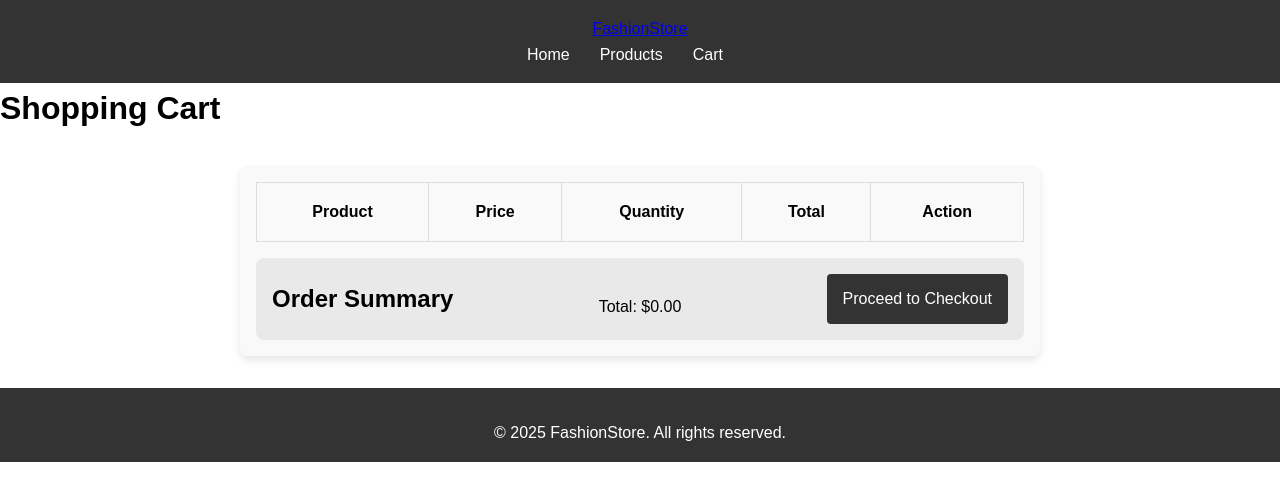
Repository: Patience225/ecommerce-app
Page: cart.html
These files come from the project's save history. The page is drawn as it stood at one moment and after the next save; the edit follows.
The browser window is 1280 px wide. The pictures show the whole page.

Above is the page before, as saved 2025-01-30 10:49:30.
Console error: TypeError: Cannot set properties of null (setting 'innerHTML')

### cart.html
<!DOCTYPE html>
<html lang="en">
<head>
  <meta charset="UTF-8">
  <meta name="viewport" content="width=device-width, initial-scale=1.0">
  <title>Cart - FashionStore</title>
  <link rel="stylesheet" href="css/style.css">
</head>
<body>
<header>
  <nav class="navbar">
    <a href="index.html" class="logo">FashionStore</a>
    <ul class="nav-links">
      <li><a href="index.html">Home</a></li>
      <li><a href="product.html">Products</a></li>
      <li><a href="cart.html">Cart</a></li>
      <li id="user-profile"></li> <!-- Dynamic Profile Link -->
    </ul>
  </nav>
</header>


  <main>
    <h1>Shopping Cart</h1>
    <section id="cart-container" class="cart-container">
      <table>
        <thead>
          <tr>
            <th>Product</th>
            <th>Price</th>
            <th>Quantity</th>
            <th>Total</th>
            <th>Action</th>
          </tr>
        </thead>
        <tbody id="cart-items">
          <!-- Cart items will be dynamically populated here -->
        </tbody>
      </table>
      <div class="cart-summary">
        <h2>Order Summary</h2>
        <p id="cart-total">Total: $0.00</p>
        <button id="checkout-button" class="checkout-button">Proceed to Checkout</button>
      </div>
    </section>
  </main>

  <footer>
    <p>&copy; 2025 FashionStore. All rights reserved.</p>
  </footer>

  <script src="js/cart.js"></script>
</body>
</html>

### css/style.css
* {
  margin: 0;
  padding: 0;
  box-sizing: border-box;
}

body {
  font-family: 'Arial', sans-serif;
  line-height: 1.6;
}

header {
  background: #333;
  color: #fff;
  padding: 1em;
  text-align: center;
}

nav ul {
  display: flex;
  justify-content: center;
  list-style: none;
}

nav ul li {
  margin: 0 15px;
}

nav ul li a {
  color: white;
  text-decoration: none;
}

.hero {
  background: url('../assets/images/hero.jpg') no-repeat center center/cover;
  color: white;
  text-align: center;
  padding: 3em 1em;
}

.products {
  padding: 2em 1em;
}

.product-grid {
  display: grid;
  grid-template-columns: repeat(auto-fill, minmax(200px, 1fr));
  gap: 1em;
}

footer {
  background: #333;
  color: white;
  text-align: center;
  padding: 1em;
  margin-top: 2em;
}

.cart {
  padding: 2em 1em;
}

.cart-items {
  display: flex;
  flex-direction: column;
  gap: 1em;
  margin-bottom: 2em;
}

.cart-item {
  display: flex;
  align-items: center;
  gap: 1em;
  border-bottom: 1px solid #ccc;
  padding-bottom: 1em;
}

.cart-item img {
  width: 100px;
  border-radius: 8px;
}

.cart-item-details {
  flex: 1;
}

.cart-item-title {
  font-size: 1.2rem;
  margin-bottom: 0.5em;
}

.cart-item-price {
  color: #333;
}

.cart-summary {
  text-align: right;
}

#checkout-btn {
  padding: 0.75em 1.5em;
  background-color: #333;
  color: white;
  border: none;
  cursor: pointer;
  border-radius: 4px;
}

#checkout-btn:hover {
  background-color: #555;
}

.checkout {
  padding: 2em;
  max-width: 600px;
  margin: 0 auto;
  background-color: #f9f9f9;
  border-radius: 8px;
}

.checkout h1 {
  text-align: center;
  margin-bottom: 1em;
}

form {
  display: flex;
  flex-direction: column;
  gap: 1em;
}

.form-group {
  display: flex;
  flex-direction: column;
}

label {
  font-weight: bold;
}

input, textarea, select {
  padding: 0.75em;
  border: 1px solid #ccc;
  border-radius: 4px;
}

button[type="submit"] {
  padding: 0.75em;
  background-color: #333;
  color: white;
  border: none;
  cursor: pointer;
  border-radius: 4px;
  text-align: center;
}

button[type="submit"]:hover {
  background-color: #555;
}

.auth-section {
  padding: 2em;
  max-width: 400px;
  margin: 0 auto;
  background-color: #f9f9f9;
  border-radius: 8px;
  text-align: center;
}

.auth-section h1 {
  margin-bottom: 1em;
}

form {
  display: flex;
  flex-direction: column;
  gap: 1em;
}

input {
  padding: 0.75em;
  border: 1px solid #ccc;
  border-radius: 4px;
}

button[type="submit"] {
  padding: 0.75em;
  background-color: #333;
  color: white;
  border: none;
  cursor: pointer;
  border-radius: 4px;
}

button[type="submit"]:hover {
  background-color: #555;
}

p {
  margin-top: 1em;
}

p a {
  color: #007BFF;
  text-decoration: none;
}

.search-filter-section {
  display: flex;
  justify-content: space-between;
  align-items: center;
  padding: 1em;
  background-color: #f5f5f5;
  margin-bottom: 1em;
  border-radius: 8px;
}

.search-bar {
  display: flex;
  gap: 0.5em;
}

.search-bar input {
  padding: 0.75em;
  border: 1px solid #ccc;
  border-radius: 4px;
}

.search-bar button {
  padding: 0.75em;
  background-color: #333;
  color: white;
  border: none;
  border-radius: 4px;
  cursor: pointer;
}

.search-bar button:hover {
  background-color: #555;
}

.filter-options select {
  padding: 0.75em;
  border: 1px solid #ccc;
  border-radius: 4px;
}

.checkout-form {
  max-width: 600px;
  margin: 2em auto;
  padding: 1.5em;
  background-color: #f9f9f9;
  border-radius: 8px;
  box-shadow: 0 4px 8px rgba(0, 0, 0, 0.1);
}

.checkout-form form {
  display: flex;
  flex-direction: column;
  gap: 1em;
}

.checkout-form label {
  font-weight: bold;
}

.checkout-form input,
.checkout-form select {
  padding: 0.75em;
  border: 1px solid #ddd;
  border-radius: 4px;
}

.checkout-button {
  padding: 1em;
  background-color: #333;
  color: white;
  border: none;
  border-radius: 4px;
  cursor: pointer;
  font-size: 1em;
}

.checkout-button:hover {
  background-color: #555;
}

.cart-container {
  max-width: 800px;
  margin: 2em auto;
  padding: 1em;
  background-color: #f9f9f9;
  border-radius: 8px;
  box-shadow: 0 4px 8px rgba(0, 0, 0, 0.1);
}

.cart-container table {
  width: 100%;
  border-collapse: collapse;
  margin-bottom: 1em;
}

.cart-container th, .cart-container td {
  padding: 1em;
  border: 1px solid #ddd;
  text-align: center;
}

.cart-summary {
  display: flex;
  justify-content: space-between;
  align-items: center;
  background-color: #e9e9e9;
  padding: 1em;
  border-radius: 8px;
}

.checkout-button {
  padding: 1em;
  background-color: #333;
  color: white;
  border: none;
  border-radius: 4px;
  cursor: pointer;
  font-size: 1em;
}

.checkout-button:hover {
  background-color: #555;
}

.auth-container {
  max-width: 400px;
  margin: 2em auto;
  padding: 1em;
  background-color: #f9f9f9;
  border-radius: 8px;
  box-shadow: 0 4px 8px rgba(0, 0, 0, 0.1);
}

.auth-container form {
  display: flex;
  flex-direction: column;
}

.auth-container label {
  margin-top: 1em;
}

.auth-container input {
  padding: 0.8em;
  border: 1px solid #ddd;
  border-radius: 4px;
  margin-top: 0.5em;
}

.auth-container button {
  padding: 1em;
  background-color: #333;
  color: white;
  border: none;
  border-radius: 4px;
  cursor: pointer;
  font-size: 1em;
  margin-top: 1em;
}

.auth-container button:hover {
  background-color: #555;
}

### js/cart.js
// js/cart.js

// Sample cart data
const cartItems = [
    {
      id: 1,
      title: "Men's Belted Overcoat",
      price: 199.99,
      image: "assets/images/mens-belted-overcoat.jpg",
      quantity: 1
    },
    {
      id: 2,
      title: "Women's Bubble Hem Dress",
      price: 149.99,
      image: "assets/images/womens-bubble-hem-dress.jpg",
      quantity: 2
    }
  ];

  // Function to display cart items
  function displayCartItems() {
    const cartItemsContainer = document.querySelector('.cart-items');
    cartItemsContainer.innerHTML = '';

    cartItems.forEach(item => {
      const cartItemElement = document.createElement('div');
      cartItemElement.classList.add('cart-item');

      cartItemElement.innerHTML = `
        <img src="${item.image}" alt="${item.title}">
        <div class="cart-item-details">
          <h2 class="cart-item-title">${item.title}</h2>
          <p class="cart-item-price">$${item.price.toFixed(2)}</p>
          <p>Quantity: ${item.quantity}</p>
        </div>
      `;

      cartItemsContainer.appendChild(cartItemElement);
    });

    updateCartTotal();
  }

  // Function to update cart total
  function updateCartTotal() {
    const cartTotalElement = document.getElementById('cart-total');
    const total = cartItems.reduce((sum, item) => sum + item.price * item.quantity, 0);
    cartTotalElement.textContent = total.toFixed(2);
  }

  // Initialize cart display
  window.onload = displayCartItems;

  // Sample cart data (to be replaced with persistent storage later)
let cart = JSON.parse(localStorage.getItem('cart')) || [];

const cartItemsContainer = document.getElementById('cart-items');
const cartTotalDisplay = document.getElementById('cart-total');

function renderCart() {
  cartItemsContainer.innerHTML = '';
  let total = 0;

  cart.forEach((item, index) => {
    const itemTotal = item.price * item.quantity;
    total += itemTotal;

    const row = document.createElement('tr');
    row.innerHTML = `
      <td>${item.name}</td>
      <td>$${item.price.toFixed(2)}</td>
      <td>
        <input type="number" min="1" value="${item.quantity}" data-index="${index}" class="cart-quantity">
      </td>
      <td>$${itemTotal.toFixed(2)}</td>
      <td><button data-index="${index}" class="remove-btn">Remove</button></td>
    `;
    cartItemsContainer.appendChild(row);
  });

  cartTotalDisplay.textContent = `Total: $${total.toFixed(2)}`;
}

function updateCartStorage() {
  localStorage.setItem('cart', JSON.stringify(cart));
}

cartItemsContainer.addEventListener('change', (event) => {
  if (event.target.classList.contains('cart-quantity')) {
    const index = event.target.dataset.index;
    cart[index].quantity = parseInt(event.target.value);
    updateCartStorage();
    renderCart();
  }
});

cartItemsContainer.addEventListener('click', (event) => {
  if (event.target.classList.contains('remove-btn')) {
    const index = event.target.dataset.index;
    cart.splice(index, 1);
    updateCartStorage();
    renderCart();
  }
});

document.getElementById('checkout-button').addEventListener('click', () => {
  if (cart.length === 0) {
    alert('Your cart is empty. Add items before proceeding to checkout.');
  } else {
    window.location.href = 'checkout.html';
  }
});

renderCart();

After the next save:
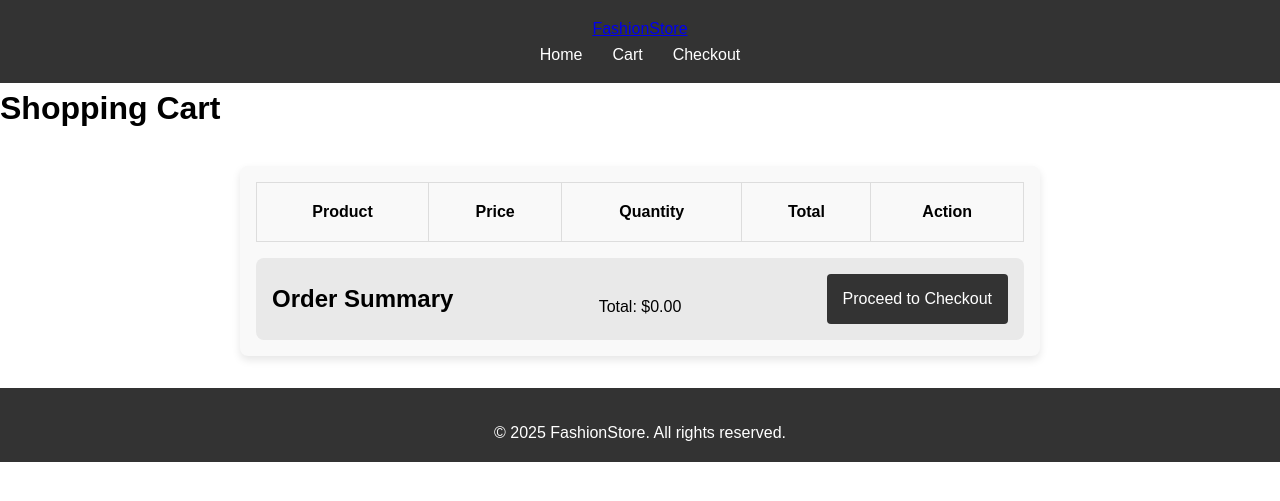
Saved 8 s later.
--- a/cart.html
+++ b/cart.html
@@ -7,18 +7,16 @@
   <link rel="stylesheet" href="css/style.css">
 </head>
 <body>
-<header>
-  <nav class="navbar">
-    <a href="index.html" class="logo">FashionStore</a>
-    <ul class="nav-links">
-      <li><a href="index.html">Home</a></li>
-      <li><a href="product.html">Products</a></li>
-      <li><a href="cart.html">Cart</a></li>
-      <li id="user-profile"></li> <!-- Dynamic Profile Link -->
-    </ul>
-  </nav>
-</header>
-
+  <header>
+    <nav class="navbar">
+      <a href="index.html" class="logo">FashionStore</a>
+      <ul class="nav-links">
+        <li><a href="index.html">Home</a></li>
+        <li><a href="cart.html" class="active">Cart</a></li>
+        <li><a href="checkout.html">Checkout</a></li>
+      </ul>
+    </nav>
+  </header>
 
   <main>
     <h1>Shopping Cart</h1>
